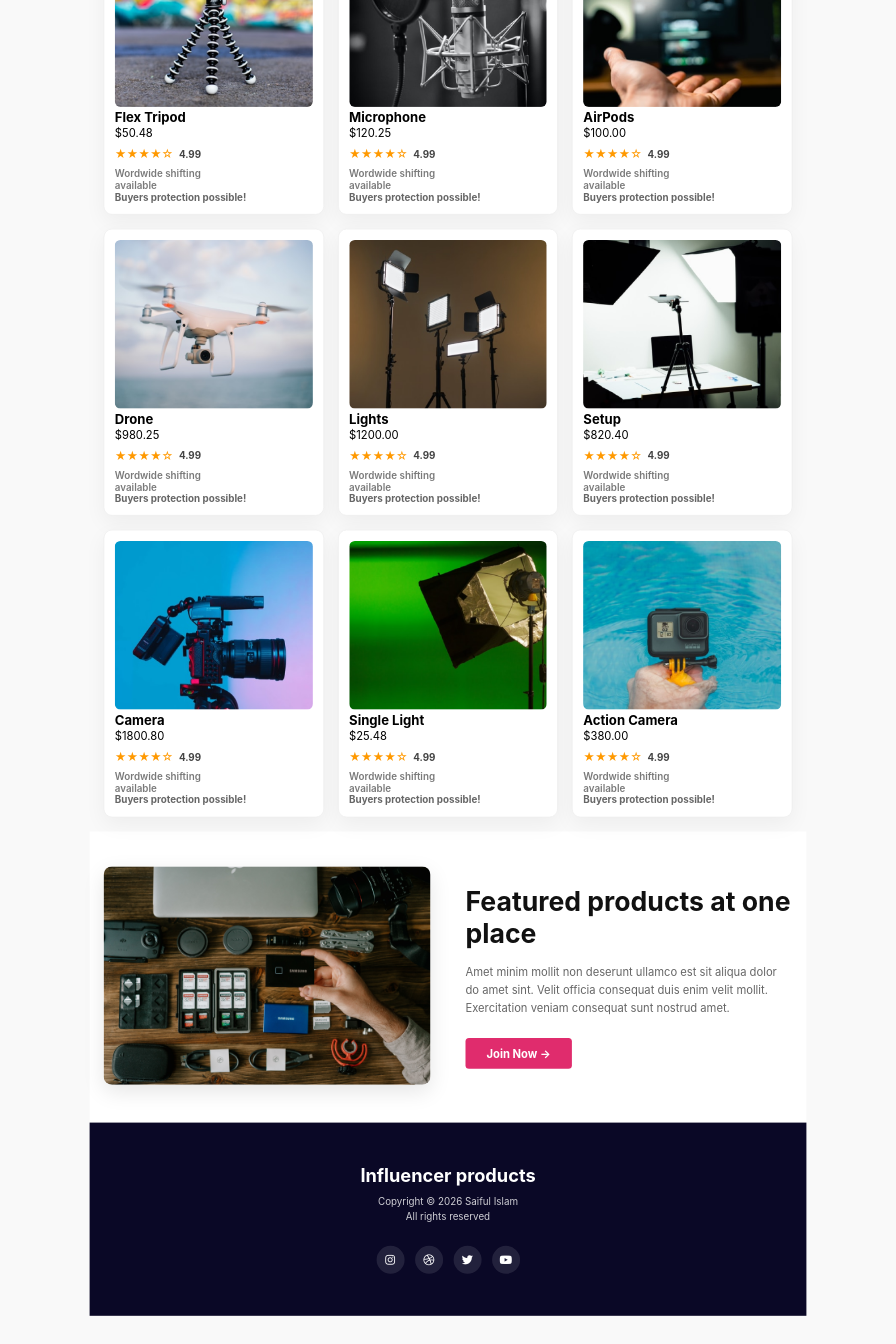
Repository: Saiful21Islam/Influencer-products
Page: it.html
The author's editor kept a copy of each file at every save. The page is drawn from the files as they stood at one save, then again after a run of saves.
The browser window is 1280 px wide. The pictures show the part of the page from y = 1124 to 3044 px (the page is 3044 px tall before and 2924 px after), at 70% of full size.

Above is the page before, as saved 2026-03-11 11:52:54.

### it.html
<!DOCTYPE html>
<html lang="en">

<head>
    <meta charset="UTF-8">
    <meta name="viewport" content="width=device-width, initial-scale=1.0">
    <title>Influencer Products</title>
    <link rel="stylesheet" href="style.css">
    <link rel="stylesheet" href="https://cdnjs.cloudflare.com/ajax/libs/font-awesome/6.0.0/css/all.min.css">
</head>
<style>
    * {
        margin: 0;
        padding: 0;
        box-sizing: border-box;
        font-family: 'Inter', sans-serif;
    }

    body {
        background-color: #f9f9f9;
        padding: 40px 10%;
    }

    .product-grid {
        display: grid;
        grid-template-columns: repeat(3, 1fr);
        gap: 30px;
    }

    .product-card {
        background: #fff;
        padding: 15px;
        border-radius: 12px;
        text-align: left;
        box-shadow: 0 10px 30px rgba(0, 0, 0, 0.05);
        transition: 0.3s;
    }

    .product-card:hover {
        transform: translateY(-5px);
    }

    .thumbnail {
        width: 100%;
        height: auto;
        border-radius: 8px;
        overflow: hidden;
        margin-bottom: 15px;
    }

    .thumbnail img {
        width: 100%;
        height: 100%;
        object-fit: cover;
    }

    .card-content h3 {
        font-size: 22px;
        color: #3A3A3A;
        margin-bottom: 5px;
    }

    .price {
        font-size: 20px;
        font-weight: 500;
        margin-bottom: 10px;
    }

    .rating {
        display: flex;
        align-items: center;
        gap: 5px;
        margin-bottom: 10px;
    }

    .rating i {
        color: #FF9800;
        font-size: 14px;
    }

    .rating-number {
        color: #787885;
        font-size: 14px;
    }

    .desc {
        color: #787885;
        font-size: 14px;
        line-height: 1.5;
    }

    @media (max-width: 768px) {
        .product-grid {

            grid-template-columns: repeat(1, 1fr);
        }
    }
</style>

<body>

    <nav class="navbar">
        <a href="#" class="logo">Influencer products</a>
        <ul class="nav-links">
            <li><a href="#">Home</a></li>
            <li><a href="#">Products</a></li>
            <li><a href="#">Sign up</a></li>
            <li><a href="#">Log In</a></li>
            <div class="nav-icons">
                <i class="fa-solid fa-magnifying-glass"></i>
                <div class="cart-icon"><i class="fa-solid fa-cart-shopping"></i><span class="cart-dot"></span></div>
            </div>
        </ul>
    </nav>

    <header class="hero">
        <div class="hero-content">
            <h1>Start your Journey as Influencer</h1>
            <p>Lorem ipsum dolor sit amet, consectetur adipiscing elit. Sem vestibulum sed scelerisque eros. Lectus
                faucibus.</p>
            <a href="#" class="btn-pink">Preebook now <i class="fa-solid fa-arrow-right"></i></a>
        </div>
        <div class="hero-image-container">
            <img src="images/Circle design.svg" alt="Circle Background" class="circle-image">

            <img src="images/main-camera.png" alt="Fujifilm Camera" class="camera-image">
        </div>
        </div>
        </div>
    </header>

    <section class="brand-section">
        <div class="logos-container">
            <img src="logos/Alibaba.svg" alt="Brands">
            <img src="logos/amazon.svg" alt="Brands">
            <img src="logos/Daraz.pk Logo.svg" alt="Brands">
            <img src="logos/ebay.svg" alt="Brands">
            <img src="logos/Rakuten.svg" alt="Brands">
            <img src="logos/Target.svg" alt="Brands">
            <img src="logos/Walmart.svg" alt="Brands">
        </div>
    </section>

    <section class="collection-section">
        <h2 class="title">Popular Collection</h2>
        <div class="product-container">
            <div class="product-card">
                <img src="images/tripod.png" alt="Tripod">
                <h3>Flex Tripod</h3>
                <p>$50.48</p>
                <div class="stars">
                    ★★★★☆ <span class="rating-num">4.99</span>
                </div>

                <p class="details">Wordwide shifting</p>
                <p class="details">available</p>
                <p class="details">Buyers protection possible!</p>
            </div>

            <div class="product-card">
                <img src="images/mic.png" alt="Microphone">
                <h3>Microphone</h3>
                <p>$120.25</p>
                <div class="stars">
                    ★★★★☆ <span class="rating-num">4.99</span>
                </div>

                <p class="details">Wordwide shifting</p>
                <p class="details">available</p>
                <p class="details">Buyers protection possible!</p>
            </div>

            <div class="product-card">
                <img src="images/airpod.png" alt="airpod">
                <h3>AirPods</h3>
                <p>$100.00</p>
                <div class="stars">
                    ★★★★☆ <span class="rating-num">4.99</span>
                </div>

                <p class="details">Wordwide shifting</p>
                <p class="details">available</p>
                <p class="details">Buyers protection possible!</p>
            </div>

            <div class="product-card">
                <img src="images/drone.png" alt="drone">
                <h3>Drone</h3>
                <p>$980.25</p>
                <div class="stars">
                    ★★★★☆ <span class="rating-num">4.99</span>
                </div>

                <p class="details">Wordwide shifting</p>
                <p class="details">available</p>
                <p class="details">Buyers protection possible!</p>
            </div>

            <div class="product-card">
                <img src="images/lights.png" alt="Lights">
                <h3>Lights</h3>
                <p>$1200.00</p>
                <div class="stars">
                    ★★★★☆ <span class="rating-num">4.99</span>
                </div>

                <p class="details">Wordwide shifting</p>
                <p class="details">available</p>
                <p class="details">Buyers protection possible!</p>
            </div>

            <div class="product-card">
                <img src="images/setup.png" alt="Setup">
                <h3>Setup</h3>
                <p>$820.40</p>
                <div class="stars">
                    ★★★★☆ <span class="rating-num">4.99</span>
                </div>

                <p class="details">Wordwide shifting</p>
                <p class="details">available</p>
                <p class="details">Buyers protection possible!</p>
            </div>

            <div class="product-card">
                <img src="images/camera.png" alt="Camera">
                <h3>Camera</h3>
                <p>$1800.80</p>
                <div class="stars">
                    ★★★★☆ <span class="rating-num">4.99</span>
                </div>

                <p class="details">Wordwide shifting</p>
                <p class="details">available</p>
                <p class="details">Buyers protection possible!</p>
            </div>

            <div class="product-card">
                <img src="images/single-light.png" alt="Single Light">
                <h3>Single Light</h3>
                <p>$25.48</p>
                <div class="stars">
                    ★★★★☆ <span class="rating-num">4.99</span>
                </div>

                <p class="details">Wordwide shifting</p>
                <p class="details">available</p>
                <p class="details">Buyers protection possible!</p>
            </div>

            <div class="product-card">
                <img src="images/action.png" alt="Action Camera">
                <h3>Action Camera</h3>
                <p>$380.00</p>
                <div class="stars">
                    ★★★★☆ <span class="rating-num">4.99</span>
                </div>

                <p class="details">Wordwide shifting</p>
                <p class="details">available</p>
                <p class="details">Buyers protection possible!</p>
            </div>

        </div>
    </section>
    </section>
    <section class="featured-section">
        <div class="featured-container">
            <div class="featured-image">
                <img src="images/gear.png" alt="Featured Gear">
            </div>

            <div class="featured-content">
                <h2>Featured products at one place</h2>
                <p>Amet minim mollit non deserunt ullamco est sit aliqua dolor do amet sint. Velit officia consequat
                    duis enim velit mollit. Exercitation veniam consequat sunt nostrud amet.</p>
                <a href="#" class="join-btn">Join Now &rarr;</a>
            </div>
        </div>
    </section>

    <footer
        style="background-color: #0A0826; color: white; text-align: center; padding: 60px 20px; font-family: sans-serif; width: 100%; box-sizing: border-box;">

        <h3 style="margin: 0 0 10px 0; font-size: 26px; font-weight: bold;">Influencer products</h3>

        <p style="margin: 0 0 30px 0; font-size: 14px; opacity: 0.8; line-height: 1.6;">
            Copyright © 2026 Saiful Islam <br> All rights reserved
        </p>

        <div style="display: flex; justify-content: center; gap: 15px;">
            <a href="#"
                style="color: white; background: rgba(255,255,255,0.1); width: 40px; height: 40px; border-radius: 50%; display: flex; align-items: center; justify-content: center; text-decoration: none;">
                <i class="fa-brands fa-instagram"></i>
            </a>
            <a href="#"
                style="color: white; background: rgba(255,255,255,0.1); width: 40px; height: 40px; border-radius: 50%; display: flex; align-items: center; justify-content: center; text-decoration: none;">
                <i class="fa-brands fa-dribbble"></i>
            </a>
            <a href="#"
                style="color: white; background: rgba(255,255,255,0.1); width: 40px; height: 40px; border-radius: 50%; display: flex; align-items: center; justify-content: center; text-decoration: none;">
                <i class="fa-brands fa-twitter"></i>
            </a>
            <a href="#"
                style="color: white; background: rgba(255,255,255,0.1); width: 40px; height: 40px; border-radius: 50%; display: flex; align-items: center; justify-content: center; text-decoration: none;">
                <i class="fa-brands fa-youtube"></i>
            </a>
        </div>
    </footer>

</body>

</html>

### style.css
.hero {
    display: flex;
    align-items: center;
    justify-content: space-around;
    padding: 50px 10%;
    background-color: #fff;
    min-height: 80vh;
    flex-wrap: wrap;
}

.hero-content {
    flex: 1;
    min-width: 300px;
}

.hero-content h1 {
    font-size: 52px;
    line-height: 1.2;
    margin-bottom: 20px;
    color: #3A3A3A;
}

.hero-content p {
    font-size: 16px;
    color: #6C6C6C;
    margin-bottom: 30px;
    max-width: 450px;
}

.btn-pink {
    background-color: #E02C6D;
    color: white;
    padding: 12px 25px;
    text-decoration: none;
    border-radius: 50px;
    font-weight: bold;
    display: inline-block;
}

.hero-image-container {
    flex: 1;
    position: relative;
    display: flex;
    justify-content: center;
    align-items: center;
    min-width: 300px;
}

.camera-image {
    width: 100%;
    max-width: 450px;
    position: relative;
    z-index: 2;
}

.circle-image {
    position: absolute;
    width: 110%;
    z-index: 1;
}

@media (max-width: 768px) {
    .hero {
        flex-direction: column-reverse;
        text-align: center;
        padding: 30px 5%;
    }
    .hero-content {
        margin-top: 30px;
    }
    .hero-content h1 {
        font-size: 32px;
    }
    .hero-image-container {
        width: 100%;
    }
    .camera-image {
        max-width: 300px;
    }
}
{
    margin: 0;
    padding: 0;
    box-sizing: border-box;
    font-family: 'Inter', sans-serif;
}

/* Navbar */
.navbar {
    display: flex;
    justify-content: space-between;
    padding: 20px 10%;
    align-items: center;
}
.logo { font-size: 24px; font-weight: bold; color: #3A3A3A; text-decoration: none; }
.nav-links { display: flex; list-style: none; align-items: center; }
.nav-links li { margin-left: 25px; }
.nav-links a { text-decoration: none; color: #3A3A3A; font-weight: 500; }
.nav-icons { display: flex; margin-left: 20px; gap: 20px; font-size: 18px; }

/* Hero */
.hero {
    display: flex;
    padding: 50px 10%;
    align-items: center;
}
.hero-content h1 { font-size: 52px; color: #3A3A3A; margin-bottom: 15px; }
.btn-pink {
    background: #E02C6D;
    color: white;
    padding: 10px 25px;
    border-radius: 50px;
    text-decoration: none;
    display: inline-block;
    margin-top: 20px;
}
.hero-image img { width: 400px; }

/* Brands */
.brand-section {
    padding: 40px 10%;
    border-top: 1px solid #eee;
    border-bottom: 1px solid #eee;
    margin: 50px 0;
}

.logos-container {
    display: flex;
    justify-content: space-between;
    align-items: center;
    flex-wrap: wrap;
}

.logos-container img {
    height: 35px;
    width: auto;
}

.hero-image-container {
    position: relative;
    width: 500px;
    height: 500px;
    display: flex;
    justify-content: center;
    align-items: center;
}

.circle-image {
    position: absolute;
    width: 450px;
    height: auto;
    z-index: 1;
    opacity: 0.8;
}
.camera-image {
    position: relative;
    width: 100%;
    max-width: 480px;
    z-index: 2;
    filter: drop-shadow(0 20px 30px rgba(0,0,0,0.1));
}

.product-container {
  display: flex;
  flex-wrap: wrap;
  gap: 20px;
  justify-content: center;
  padding: 20px;
}

.product-card {
  flex: 1 1 310px;
  max-width: 350px;
  background: #fff;
  border: 1px solid #eee;
  border-radius: 12px;
  padding: 15px;
  box-shadow: 0 5px 15px rgba(0,0,0,0.05);
  transition: transform 0.3s ease;
}

.product-card:hover {
  transform: translateY(-5px);
}

.product-card img {
  width: 100%;
  height: auto;
  border-radius: 8px;
}

@media (max-width: 768px) {
  .product-container {
    gap: 15px;
    padding: 10px;
  }
}

@media (max-width: 480px) {
  .product-card {
    flex: 1 1 100%;
    max-width: 100%;
    margin: 0 auto;
  }
}

.stars {
    display: flex;
    align-items: center;
    color: #FF9900;
    font-size: 16px;
    margin: 10px 0;
}

.star-half {
    position: relative;
    display: inline-block;
    color: #ccc;
}

.star-half::after {
    content: '★';
    position: absolute;
    left: 0;
    top: 0;
    width: 50%;
    overflow: hidden;
    color: #FF9900;
}

.rating-num {
    color: #444;
    font-size: 14px;
    font-weight: bold;
    margin-left: 8px;
}

.details {
    font-size: 14px;
    color: #7a7a7a;
    margin: 0;
    line-height: 1.2;
    font-weight: 600;
}

.details:last-child {
    font-weight: 700;
    color: #666;
}

.title {
    text-align: center;
    font-size: 28px;
    font-weight: 700;
    color: #333;
    margin-bottom: 40px;
}

.featured-section {
    padding: 50px 20px;
    background-color: #fff;
}

.featured-container {
    max-width: 1100px;
    margin: 0 auto;
    display: flex;
    align-items: center;
    gap: 50px;

.featured-image {
    flex: 1;
}

.featured-image img {
    width: 100%;
    border-radius: 12px;
    box-shadow: 0 10px 30px rgba(0,0,0,0.1);
}

.featured-content {
    flex: 1;
}

.featured-content h2 {
    font-size: 38px;
    color: #111;
    margin-bottom: 20px;
}

.featured-content p {
    font-size: 16px;
    color: #666;
    line-height: 1.6;
    margin-bottom: 30px;
}

.join-btn {
    display: inline-block;
    background-color: #E02C6D;
    color: white;
    padding: 12px 30px;
    text-decoration: none;
    font-weight: bold;
    border-radius: 5px;
    transition: 0.3s;
}

.join-btn:hover {
    background-color: #c2255c;
}

@media (max-width: 768px) {
    .featured-container {
        flex-direction: column;
        text-align: center;
        gap: 30px;
    }
    .featured-content h2 {
        font-size: 28px;
    }
}

/* Footer reset and style */
.footer-area {
    background-color: #0A0826 !important; /* ছবির মতো ডার্ক ব্লু */
    color: #ffffff !important;
    text-align: center !important;
    padding: 60px 20px !important;
    margin: 0 !important; /* কোনো গ্যাপ থাকলে তা দূর করবে */
    width: 100%;
    display: block;
}

.footer-area h3 {
    font-size: 26px;
    font-weight: 700;
    margin-bottom: 15px;
    color: white;
}

.footer-area p {
    font-size: 14px;
    opacity: 0.8;
    line-height: 1.8;
    margin-bottom: 30px;
    color: white;
}

/* Social icons layout */
.social-links {
    display: flex;
    justify-content: center;
    gap: 15px;
}

/* আইকনের গোল ব্যাকগ্রাউন্ড (আপনার ছবির মতো) */
.social-links a {
    color: white !important;
    background: #211F3D; /* ছবির আইকনের পেছনের কালার */
    width: 40px;
    height: 40px;
    display: flex;
    align-items: center;
    justify-content: center;
    border-radius: 50%;
    text-decoration: none;
    font-size: 18px;
    transition: 0.3s;
}

.social-links a:hover {
    background: #323050;
    transform: translateY(-3px);
}

After the next 3 saves:
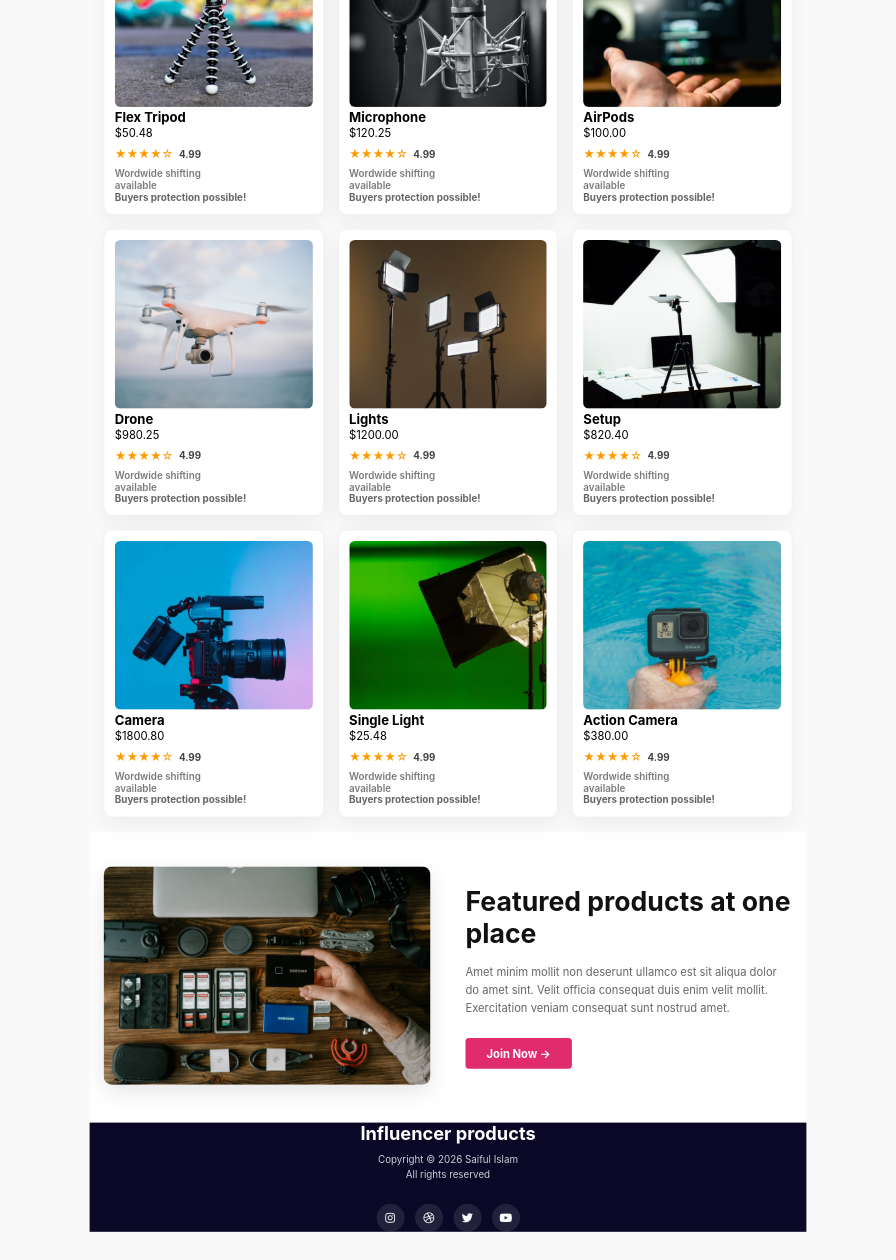
The 3 saves are shown as one change because they came seconds apart.
The last was saved 118 s later.
--- a/it.html
+++ b/it.html
@@ -280,7 +280,7 @@
     </section>
 
     <footer
-        style="background-color: #0A0826; color: white; text-align: center; padding: 60px 20px; font-family: sans-serif; width: 100%; box-sizing: border-box;">
+        style="background-color: #0A0826; color: white; text-align: center; padding: at 20px; font-family: sans-serif; width: 100%; box-sizing: border-box;">
 
         <h3 style="margin: 0 0 10px 0; font-size: 26px; font-weight: bold;">Influencer products</h3>
 

After the 5 saves that followed:
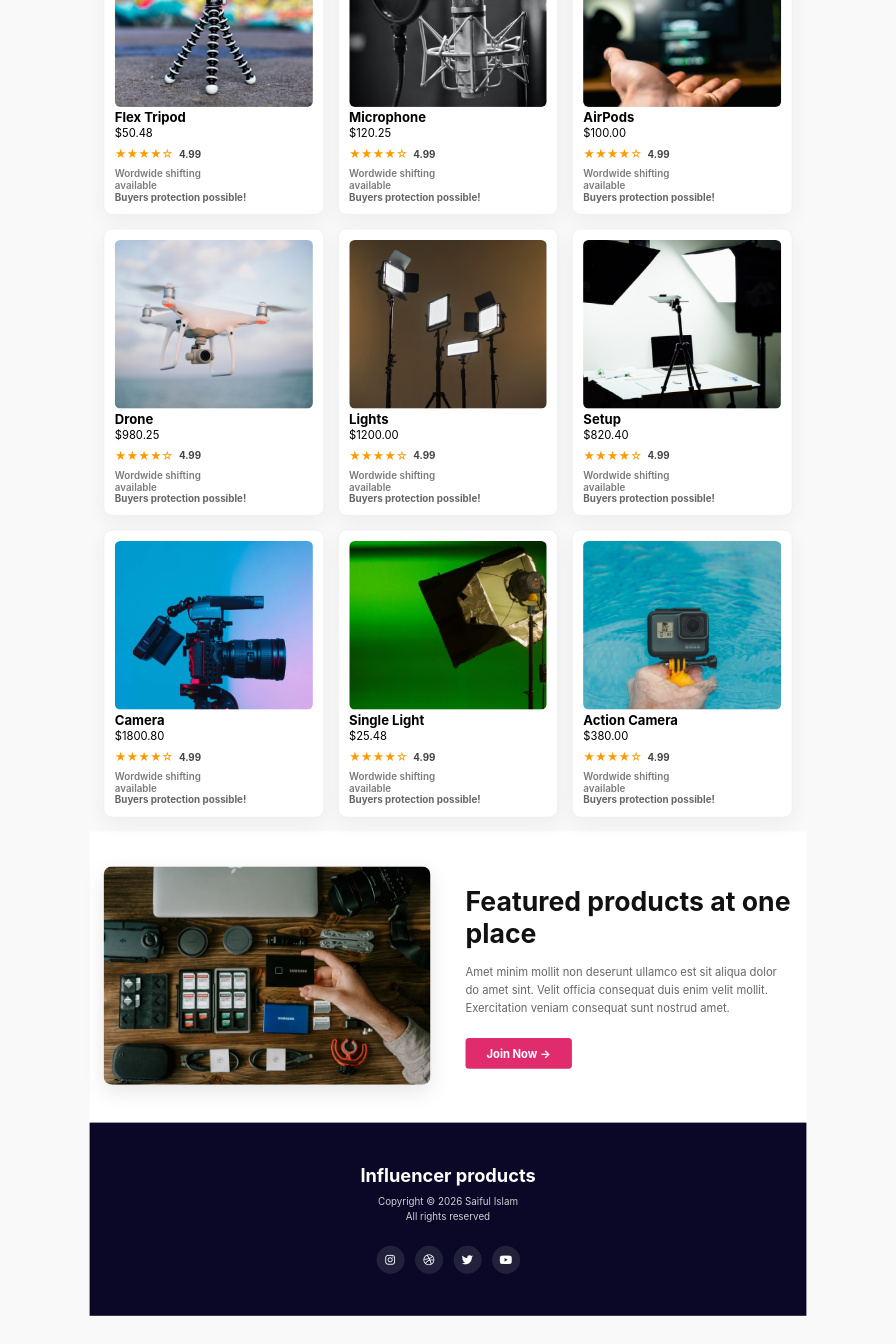
The 5 saves are shown as one change because 1 left the picture as it was and some came seconds apart.
The last was saved 22 s later.
--- a/it.html
+++ b/it.html
@@ -280,7 +280,7 @@
     </section>
 
     <footer
-        style="background-color: #0A0826; color: white; text-align: center; padding: at 20px; font-family: sans-serif; width: 100%; box-sizing: border-box;">
+        style="background-color: #0A0826; color: white; text-align: center; padding: 60px 20px; font-family: sans-serif; width: 100%; box-sizing: border-box;">
 
         <h3 style="margin: 0 0 10px 0; font-size: 26px; font-weight: bold;">Influencer products</h3>
 
